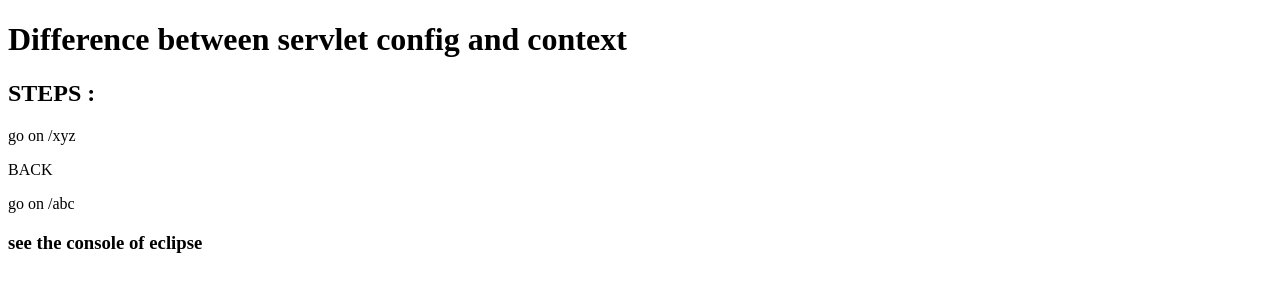
Repository: suraj-repositories/java-practice-2-advance-java-1
Page: Ad_12_servlet_contextParameter_use/src/main/webapp/index.html
These files come from the project's save history. The page is drawn as it stood at one moment and after the next save; the edit follows.
The browser window is 1280 px wide. The pictures show the whole page.

Above is the page before, as saved 2023-07-22 12:25:42.

### Ad_12_servlet_contextParameter_use/src/main/webapp/index.html
<!DOCTYPE html>
<html>
<head>
<meta charset="ISO-8859-1">
<title>Insert title here</title>
</head>
<body>

<h1>Difference between servlet config and context</h1>
<h2>STEPS :</h2>

<p> go on /xyz</p>
<P>BACK</P>
<p> go on /abc</p>

<h3>see the console of eclipse</h3>
</body>
</html>

After the next save:
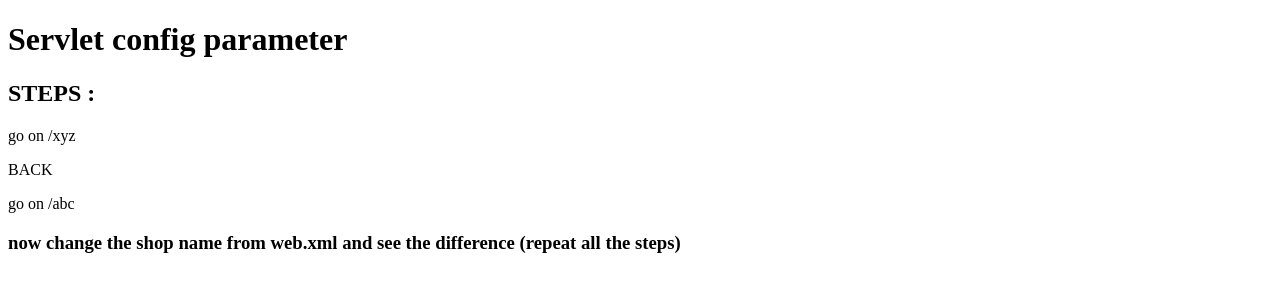
Saved 4 min 29 s later.
--- a/Ad_12_servlet_contextParameter_use/src/main/webapp/index.html
+++ b/Ad_12_servlet_contextParameter_use/src/main/webapp/index.html
@@ -6,13 +6,13 @@
 </head>
 <body>
 
-<h1>Difference between servlet config and context</h1>
+<h1>Servlet config parameter </h1>
 <h2>STEPS :</h2>
 
 <p> go on /xyz</p>
 <P>BACK</P>
 <p> go on /abc</p>
 
-<h3>see the console of eclipse</h3>
+<h3>now change the shop name from web.xml and see the difference (repeat all the steps)</h3>
 </body>
 </html>
